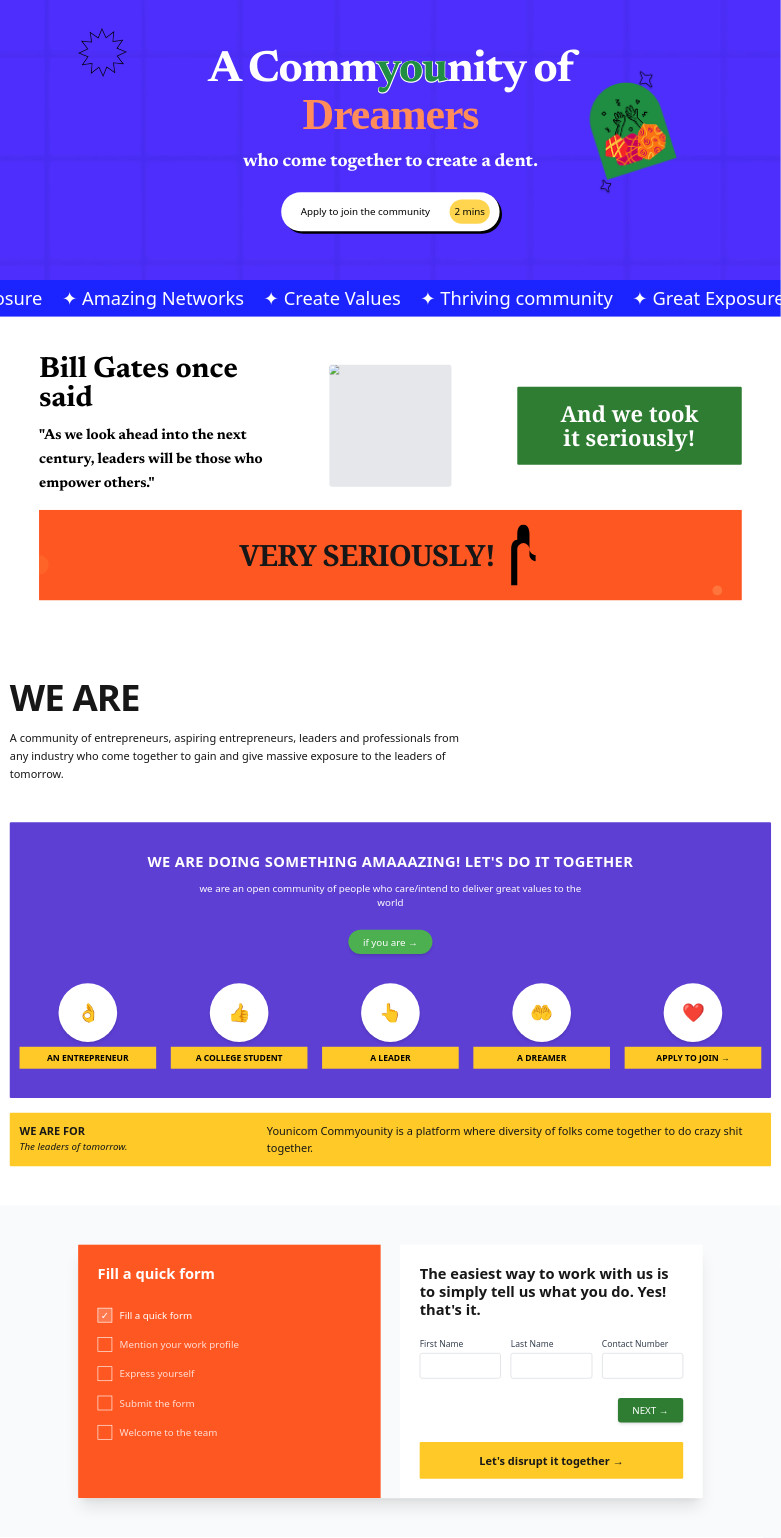
Repository: as-avni/dreamersite
Page: /
The author's editor kept a copy of each file at every save. The page is drawn from the files as they stood at one save, then again after a run of saves.
The browser window is 1280 px wide. The pictures show the whole page, at 61% of full size.
Some web fonts or font styles are not loaded; a fallback is used. The project was rebuilt for these pictures with package versions that can differ from the ones it lists, and the page was loaded fresh each time. Some packages were replaced by stand-ins written for this rebuild. The framework's server and built-in components were replaced by stand-ins that run in the browser. Also part of the build but not shown: next.config.ts.

Above is the page before, as saved 2025-03-21 04:33:44.

After the next 6 saves:
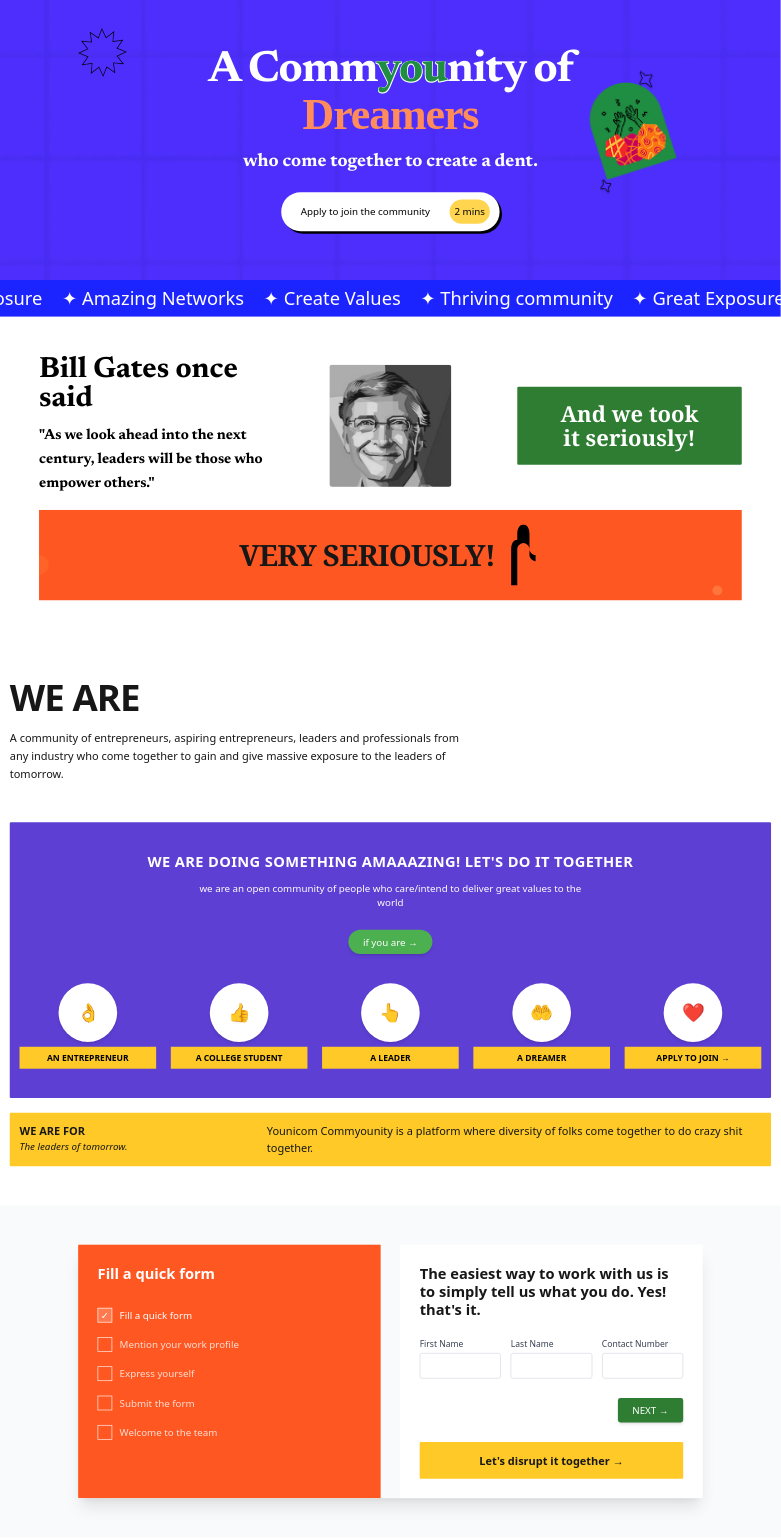
The 6 saves are shown as one change because 4 did not build or start and some came seconds apart.
The last was saved 29 s later.
--- a/src/components/bill-gates.tsx
+++ b/src/components/bill-gates.tsx
@@ -31,7 +31,7 @@
             >
                 <div className="relative w-[200px] h-[200px] bg-gray-200 rounded overflow-hidden">
                     <Image
-                        src="/"
+                        src="/images/bill.jpg"
                         width={200}
                         height={200}
                         alt="Bill Gates"
